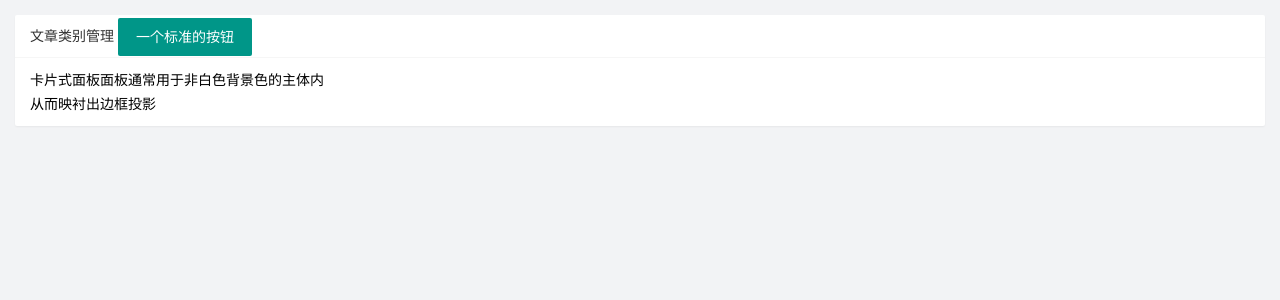
Repository: keyboying1/web_bigevent
Page: article/art_cate.html
These files come from the project's save history. The page is drawn as it stood at one moment and after the next save; the edit follows.
The browser window is 1280 px wide. The pictures show the whole page.

Above is the page before, as saved 2022-11-21 14:26:35.

### article/art_cate.html
<!DOCTYPE html>
<html lang="en">
<head>
    <meta charset="UTF-8">
    <meta http-equiv="X-UA-Compatible" content="IE=edge">
    <meta name="viewport" content="width=device-width, initial-scale=1.0">
    <title>Document</title>
    <link rel="stylesheet" href="/assets/lib/layui/css/layui.css">
    <link rel="stylesheet" href="/assets/css/article/art_cate.css">
</head>
<body>
    <!-- 卡片区域 -->
    <div class="layui-card">
        <div class="layui-card-header">
            <span>文章类别管理</span>
            <button type="button" class="layui-btn">一个标准的按钮</button>
        </div>
        <div class="layui-card-body">
          卡片式面板面板通常用于非白色背景色的主体内<br>
          从而映衬出边框投影
        </div>
     </div>
</body>
</html>

### assets/css/article/art_cate.css
html,
body {
  margin: 0;
  padding: 0;
}
body {
    padding: 15px;
    background-color: #f2f3f5;
  }

Loaded but not shown: assets/lib/layui/css/layui.css (library)

After the next save:
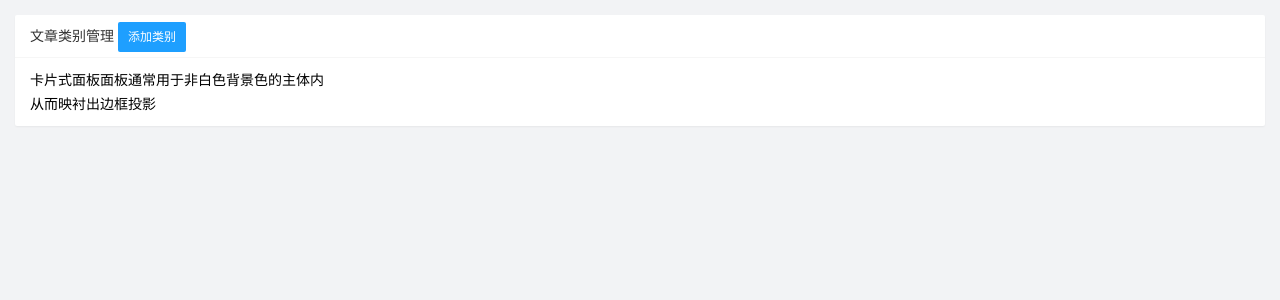
Saved 84 s later.
--- a/article/art_cate.html
+++ b/article/art_cate.html
@@ -13,7 +13,7 @@
     <div class="layui-card">
         <div class="layui-card-header">
             <span>文章类别管理</span>
-            <button type="button" class="layui-btn">一个标准的按钮</button>
+            <button type="button" class="layui-btn  layui-btn-sm layui-btn-normal">添加类别</button>
         </div>
         <div class="layui-card-body">
           卡片式面板面板通常用于非白色背景色的主体内<br>
